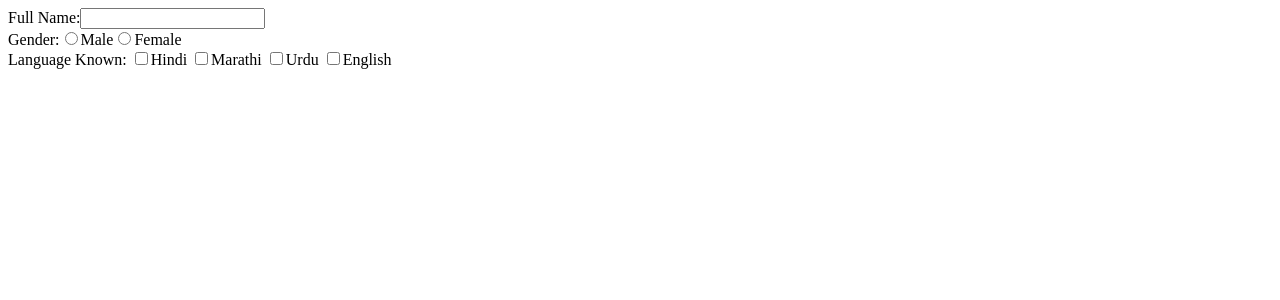
Repository: riishraj1821/Learning-with-maven
Page: http://localhost/form_under_servlet/form.jsp
The author's editor kept a copy of each file at every save. The page is drawn from the files as they stood at one save, then again after the next save.
The browser window is 1280 px wide. The pictures show the whole page.
The page is served by Tomcat 10. Other server files are loaded and not shown.

Above is the page before, as saved 2024-10-10 07:07:39.

### form_under_servlet/src/main/webapp/form.jsp
<%@ page language="java" contentType="text/html; charset=UTF-8"
    pageEncoding="UTF-8"%>
<!DOCTYPE html>
<html>
<head>
<meta charset="UTF-8">
<title>form</title>
</head>
<body>
Full Name:<input name="name" type="text"/>
<br/>
Gender:<input name="gender" type="radio" value="male"/>Male<input name="gender" type="radio" value="female"/>Female
<br/>
Language Known: <input type="checkbox" name="language" value="hindi"/>Hindi
				<input type="checkbox" name="language" value="Marathi"/>Marathi
				<input type="checkbox" name="language" value="Urdu"/>Urdu
				<input type="checkbox" name="language" value="English"/>English
</body>
</html>

After the next save:
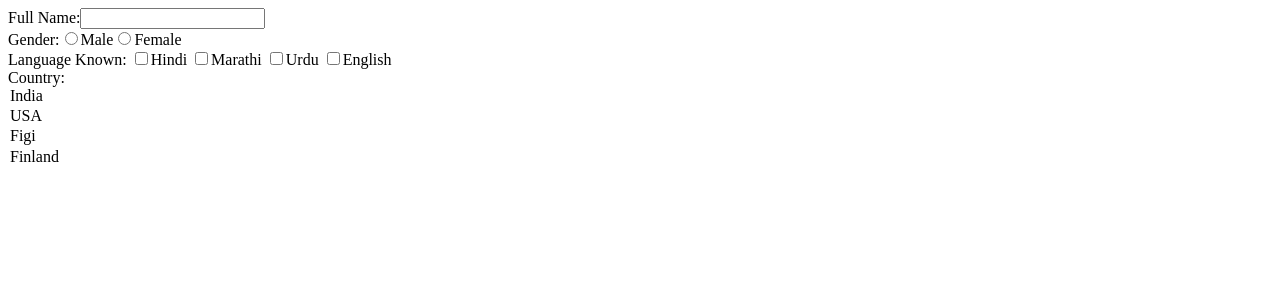
Saved 3 min 14 s later.
--- a/form_under_servlet/src/main/webapp/form.jsp
+++ b/form_under_servlet/src/main/webapp/form.jsp
@@ -15,5 +15,12 @@ Language Known: <input type="checkbox" name="language" value="hindi"/>Hindi
 				<input type="checkbox" name="language" value="Marathi"/>Marathi
 				<input type="checkbox" name="language" value="Urdu"/>Urdu
 				<input type="checkbox" name="language" value="English"/>English
+<br/>
+Country: <section name="country">
+					<option value="India">India</option>
+					<option value="USA">USA</option>
+					<option value="figi">Figi</option>
+					<option value="Finland">Finland</option>
+		 </section>
 </body>
 </html>
